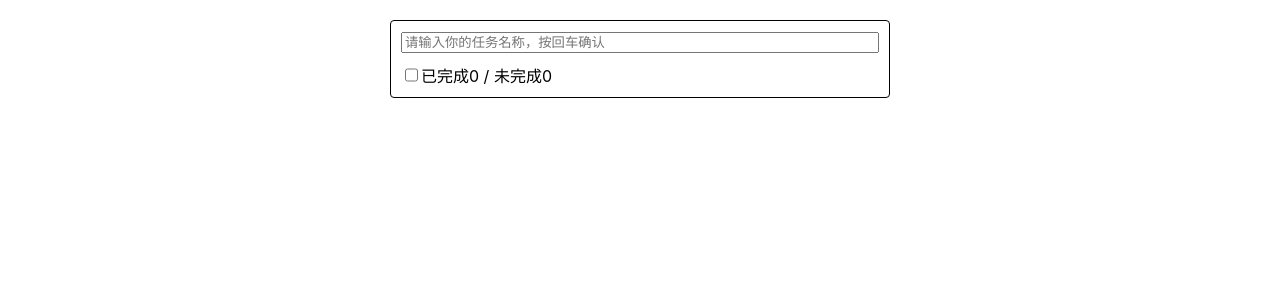
Repository: Gaays/React-todo-list
Page: /
An editor plug-in stored every save of this project. The page is shown before and after the next save, followed by the edit.
The browser window is 1280 px wide. The pictures show the whole page.
The project was rebuilt for these pictures with package versions that can differ from the ones it lists, and the page was loaded fresh each time. Also part of the build but not shown: src/components/TodoItem/index.scss, src/components/TodoItem/index.jsx.

Above is the page before, as saved 2022-10-17 21:02:23.

After the next save:
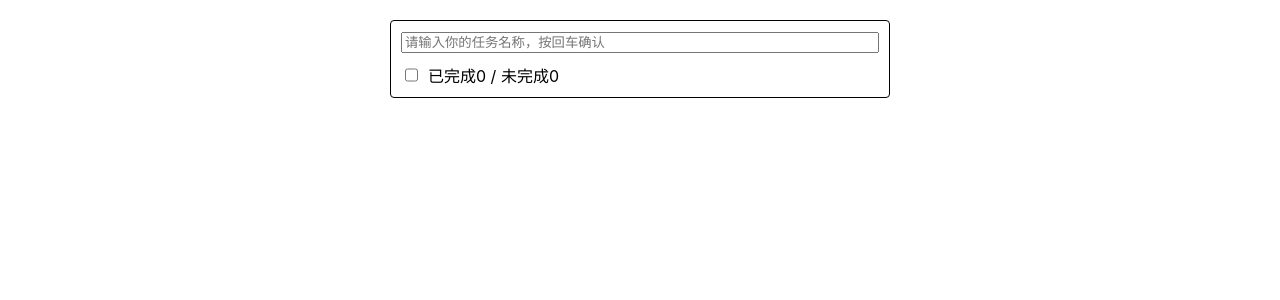
Saved 41 s later.
--- a/src/components/Todo/index.jsx
+++ b/src/components/Todo/index.jsx
@@ -89,7 +89,7 @@ export default class Todo extends Component {
         <TodoInput submit={this.addListItem} />
         {todoList}
         <div className="state-box">
-          <input type="checkbox" checked={this.state.checkAll} onChange={this.handleCheckAll} />
+          <input className="check-all" type="checkbox" checked={this.state.checkAll} onChange={this.handleCheckAll} />
           <div>已完成{this.getDoneCount} / 未完成{this.getUndoneCount}</div>
         </div>
       </div>
--- a/src/components/Todo/index.scss
+++ b/src/components/Todo/index.scss
@@ -18,5 +18,9 @@
 
   .state-box {
     display: flex;
+
+    .check-all {
+      margin-right: 10px;
+    }
   }
 }
